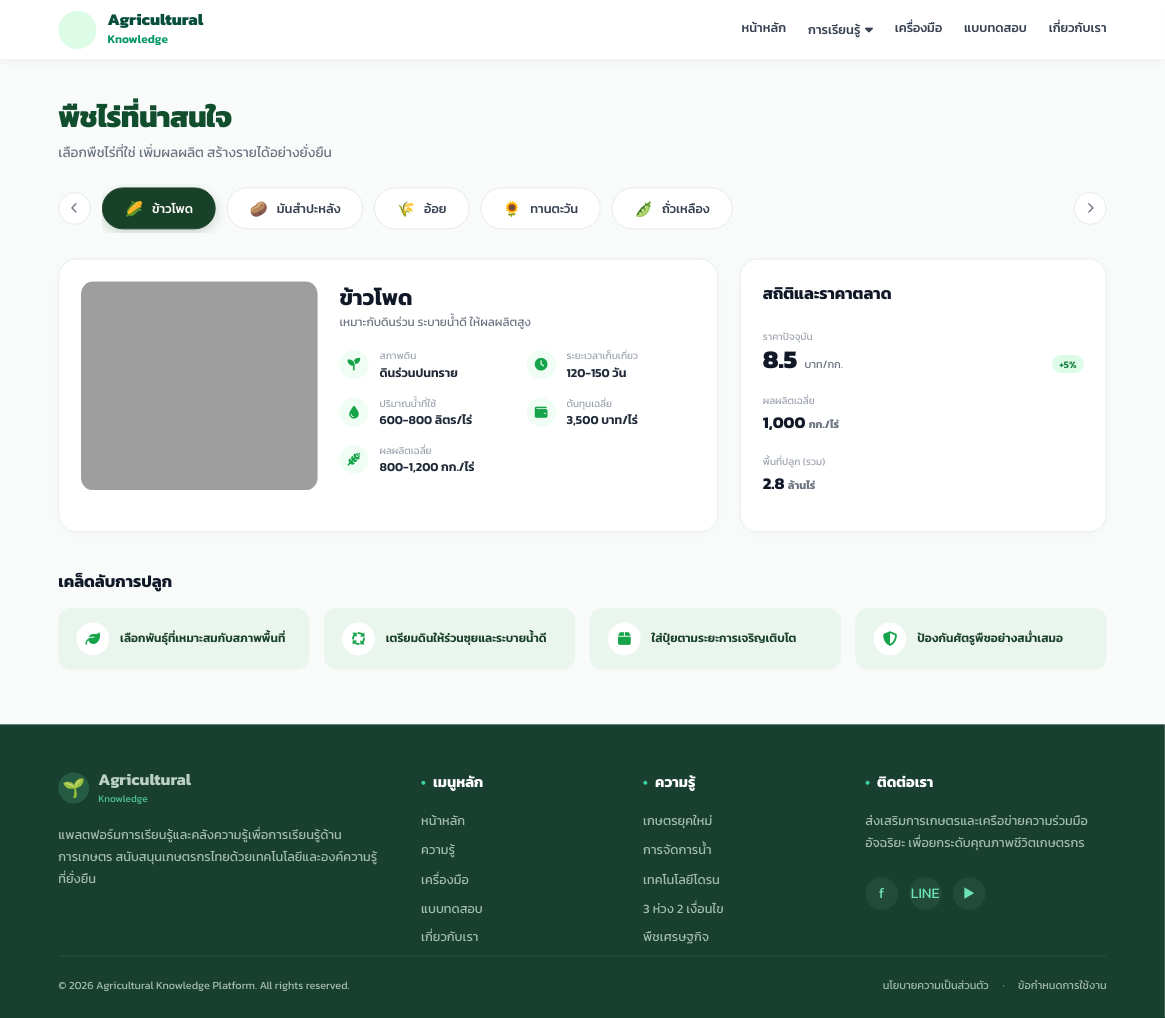
Repository: nuwat-wa/Project-WebdesignAG
Page: ag7.html
These files come from the project's save history. The page is drawn as it stood at one moment and after the next save; the edit follows.
The browser window is 1280 px wide. The pictures show the whole page, at 91% of full size.
Pictures or frames that could not be fetched are drawn as grey boxes.

Above is the page before, as saved 2026-09-30 19:00:56.

After the next save:
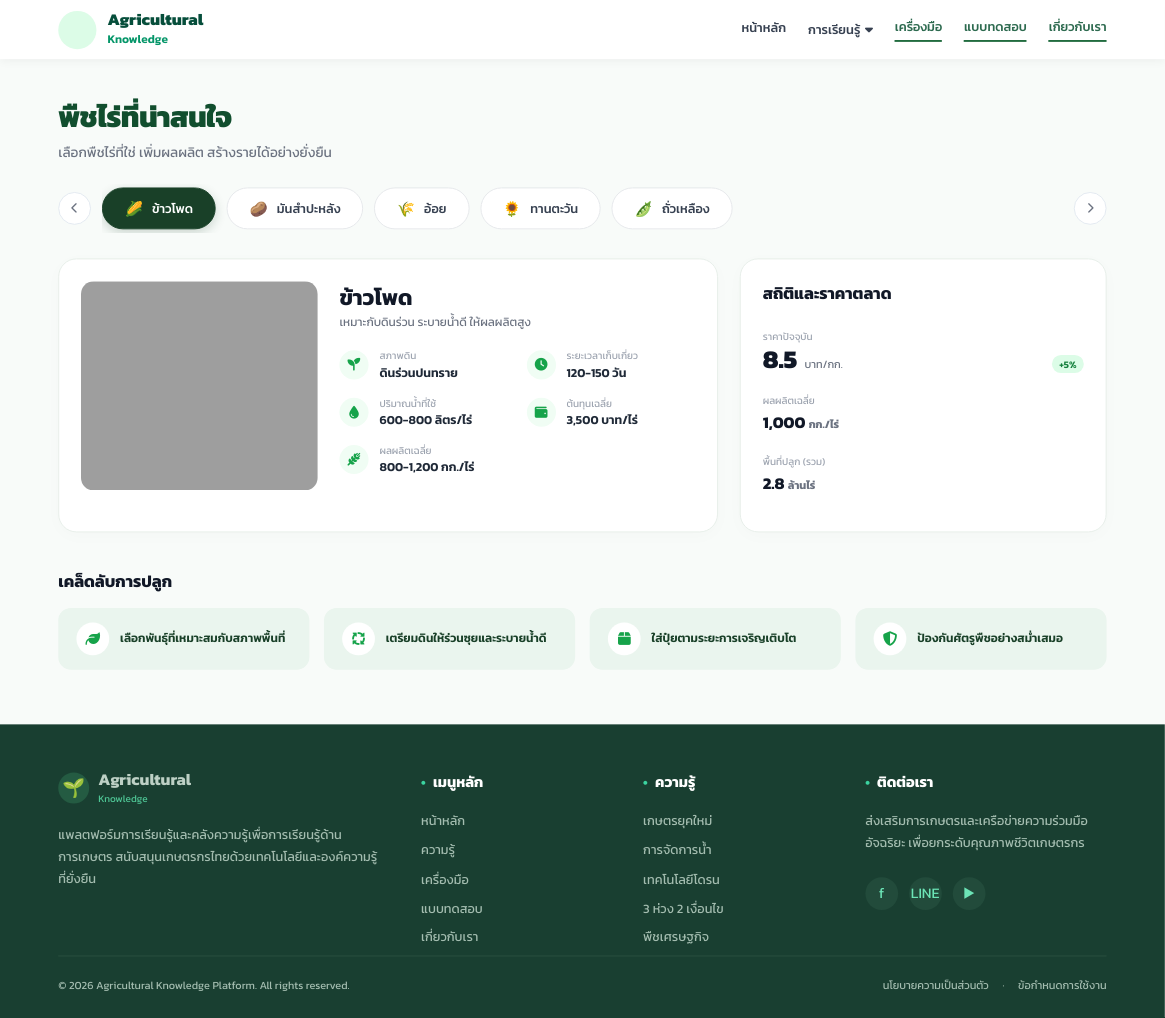
Saved 10 s later.
--- a/ag7.html
+++ b/ag7.html
@@ -36,7 +36,7 @@
         <a href="#">หน้าหลัก</a>
 
         <div class="dropdown-hover">
-          <a href="#" class="dropdown-btn"
+          <a href="#" class="dropdown-btn active"
             >การเรียนรู้ <i class="fa-solid fa-caret-down"></i
           ></a>
 
@@ -77,9 +77,9 @@
           </div>
         </div>
 
-        <a href="#">เครื่องมือ</a>
-        <a href="#">แบบทดสอบ</a>
-        <a href="ag2.html">เกี่ยวกับเรา</a>
+        <a href="#" class="active">เครื่องมือ</a>
+        <a href="#" class="active">แบบทดสอบ</a>
+        <a href="ag2.html" class="active">เกี่ยวกับเรา</a>
       </nav>
     </header>
 
